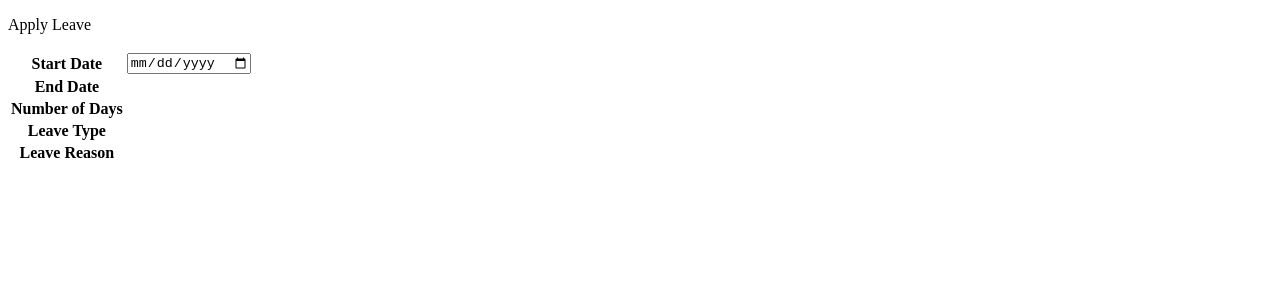
Repository: rkmr039/EMS_PROJECT
Page: http://localhost/EMS/ApplyLeaves.jsp
The author's editor kept a copy of each file at every save. The page is drawn from the files as they stood at one save, then again after the next save.
The browser window is 1280 px wide. The pictures show the whole page.
The page is served by Tomcat 9.

Above is the page before, as saved 2019-08-27 05:58:35.

After the next save:
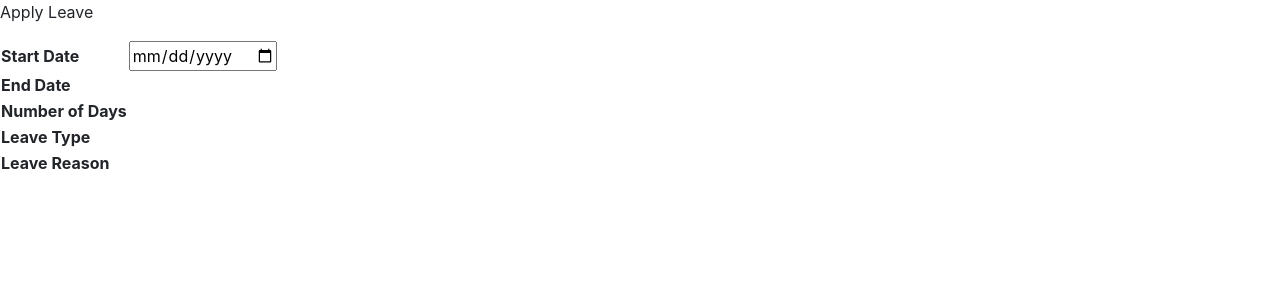
Console error: TypeError: Cannot read properties of undefined (reading 'fn')
Saved 25 s later.
--- a/EMS/WebContent/ApplyLeaves.jsp
+++ b/EMS/WebContent/ApplyLeaves.jsp
@@ -3,6 +3,9 @@
 <!DOCTYPE html PUBLIC "-//W3C//DTD HTML 4.01 Transitional//EN" "http://www.w3.org/TR/html4/loose.dtd">
 <html>
 <head>
+<link rel="stylesheet" href="https://stackpath.bootstrapcdn.com/bootstrap/4.3.1/css/bootstrap.min.css" integrity="sha384-ggOyR0iXCbMQv3Xipma34MD+dH/1fQ784/j6cY/iJTQUOhcWr7x9JvoRxT2MZw1T" crossorigin="anonymous">
+<script src="https://stackpath.bootstrapcdn.com/bootstrap/4.3.1/js/bootstrap.min.js" integrity="sha384-JjSmVgyd0p3pXB1rRibZUAYoIIy6OrQ6VrjIEaFf/nJGzIxFDsf4x0xIM+B07jRM" crossorigin="anonymous"></script>
+
 <meta http-equiv="Content-Type" content="text/html; charset=ISO-8859-1">
 <title>Apply leave | EMS</title>
 </head>
